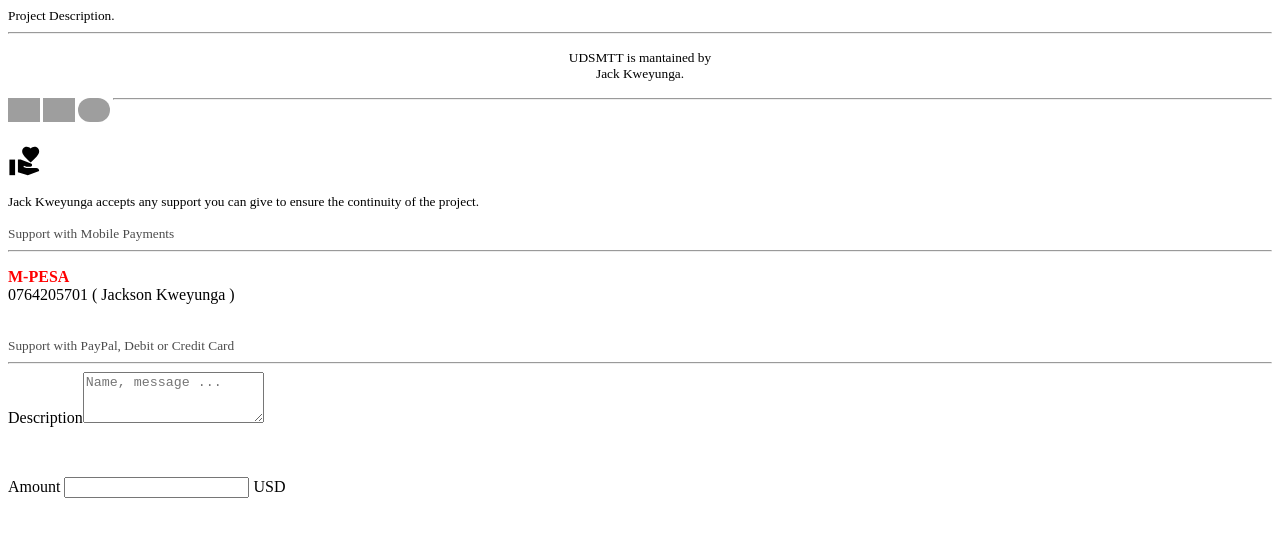
Repository: jackkweyunga/jek-mobile-timetable-v2
Page: src/modules/html/tmb-leftSN.html
These files come from the project's save history. The page is drawn as it stood at one moment and after the next save; the edit follows.
The browser window is 1280 px wide. The pictures show the whole page.
Pictures or frames that could not be fetched are drawn as grey boxes.

Above is the page before, as saved 2021-11-23 04:50:35.

### src/modules/html/tmb-leftSN.html
<div class="d-flex flex-column p-2">

  <small>Project Description.</small>
  <hr>

  <p class="myFont">
    <center><small>UDSMTT is mantained by <br> Jack Kweyunga.</small></center>
  </p>
  <div class="d-flex justify-content-center">
    <a href="https://tz.linkedin.com/in/jack-k-b7354017a?trk=profile-badge/">
      <img align="left" alt="jack's LinkedIN" width="32px"
        src="https://raw.githubusercontent.com/peterthehan/peterthehan/master/assets/linkedin.svg" />
    </a>

    <a class="px-5" href="https://twitter.com/jackkweyunga">
      <img align="left" alt="jack's twitter" width="32px"
        src="https://raw.githubusercontent.com/peterthehan/peterthehan/master/assets/twitter.svg" />
    </a>

    <a href="https://github.com/jackkweyunga">
      <img align="left" alt="jack's github" width="32px" class="bg-white p-0" style="border-radius: 100px;"
        src="https://raw.githubusercontent.com/peterthehan/peterthehan/master/assets/github.svg" />
    </a>
  </div>
  <hr>

  <br>
  <br>

  <svg xmlns="http://www.w3.org/2000/svg" enable-background="new 0 0 24 24" height="34px" viewBox="0 0 24 24"
    width="34px" fill="#000000">
    <g>
      <rect fill="none" height="24" width="24" />
    </g>
    <g>
      <g>
        <rect height="11" width="4" x="1" y="11" />
        <path
          d="M16,3.25C16.65,2.49,17.66,2,18.7,2C20.55,2,22,3.45,22,5.3c0,2.27-2.91,4.9-6,7.7c-3.09-2.81-6-5.44-6-7.7 C10,3.45,11.45,2,13.3,2C14.34,2,15.35,2.49,16,3.25z" />
        <path
          d="M20,17h-7l-2.09-0.73l0.33-0.94L13,16h2.82c0.65,0,1.18-0.53,1.18-1.18v0c0-0.49-0.31-0.93-0.77-1.11L8.97,11H7v9.02 L14,22l8.01-3v0C22,17.9,21.11,17,20,17z" />
      </g>
    </g>
  </svg>

  <p class="myFont">
    <small>
      Jack Kweyunga accepts any support you can give to
      ensure the continuity of the project.
    </small>

  </p>
</div>

<small class="myFont" style="opacity:.7;">Support with Mobile Payments</small>
<hr>
<p><span style="color:red;font-weight:600;">M-PESA</span><br><span class="myFont">0764205701 ( Jackson Kweyunga )</span></p>

<br>

<small class="myFont" style="opacity:.7;">Support with PayPal, Debit or Credit Card</small>
<hr>

<div id="smart-button-container">
  <div class="d-flex flex-column"><label for="description" class="input-group-text">Description</label><textarea
      type="text" name="descriptionInput" id="description" maxlength="127" class="form-control" value="" rows="3"
      placeholder="Name, message ..."></textarea></div>
  <p id="descriptionError" style="visibility: hidden; color:red; text-align: center;">Please enter a description</p>
  <div class="input-group"><label for="amount" class="input-group-text">Amount </label><input name="amountInput"
      type="number" class="form-control" id="amount" value=""><span class="input-group-text"> USD</span></div>
  <p id="priceLabelError" style="visibility: hidden; color:red; text-align: center;">Please enter a price</p>
  <div id="invoiceidDiv" style="text-align: center; display: none;"><label for="invoiceid"> </label><input
      name="invoiceid" class="form-control" maxlength="127" type="text" id="invoiceid" value=""></div>
  <p id="invoiceidError" style="visibility: hidden; color:red; text-align: center;">Please enter an Invoice ID</p>
  <div style="text-align: center; margin-top: 0.625rem;" id="paypal-button-container"></div>
</div>

After the next save:
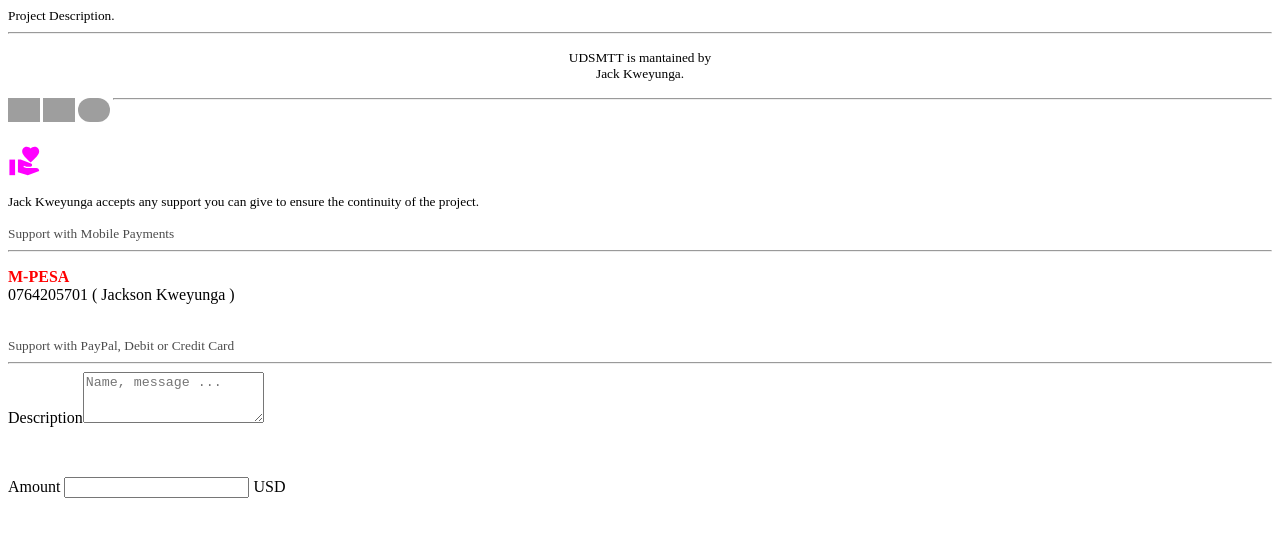
Saved 35 s later.
--- a/src/modules/html/tmb-leftSN.html
+++ b/src/modules/html/tmb-leftSN.html
@@ -28,7 +28,7 @@
   <br>
 
   <svg xmlns="http://www.w3.org/2000/svg" enable-background="new 0 0 24 24" height="34px" viewBox="0 0 24 24"
-    width="34px" fill="#000000">
+    width="34px" fill="#FF00FF">
     <g>
       <rect fill="none" height="24" width="24" />
     </g>
